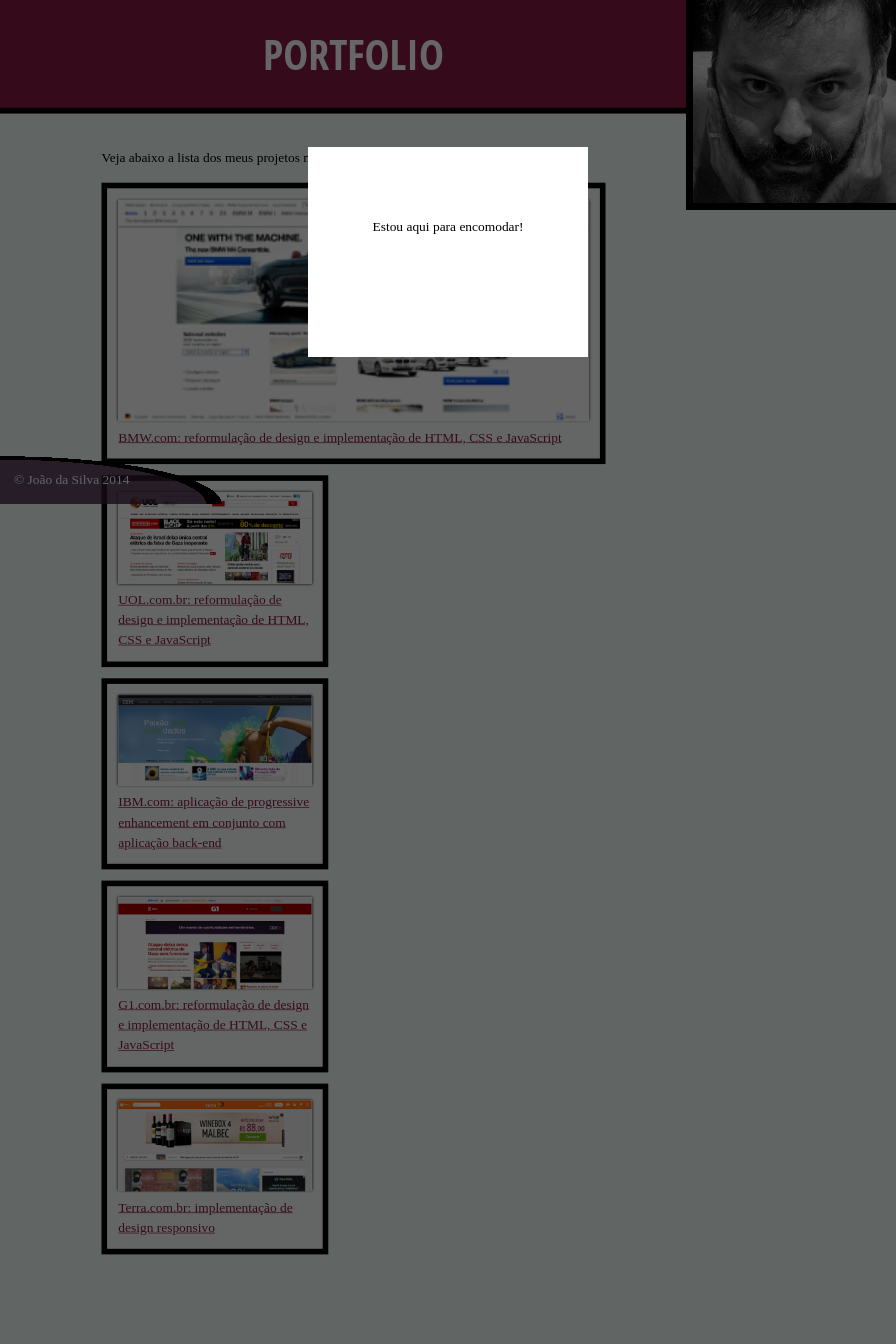
Repository: MichelMiola/html5Css3Avancado
Page: projeto/portfolio.html
The author's editor kept a copy of each file at every save. The page is drawn from the files as they stood at one save, then again after the next save.
The browser window is 1280 px wide. The pictures show the part of the page from y = 0 to 1920 px (the page is 2827 px tall before and 2317 px after), at 70% of full size.
Some web fonts or font styles are not loaded; a fallback is used.

Above is the page before, as saved 2015-03-25 17:01:40.

### projeto/portfolio.html
<!DOCTYPE html>
<html>
<head>
    <meta charset="utf-8">
    <title>Portfolio - João da Silva</title>
    <link rel="icon" href="imagens/favicon.png">
    <link rel="stylesheet" href="css/reset.css">
    <link rel="stylesheet" href="css/site.css">
    <link rel="stylesheet" href="css/portfolio.css">
    <link rel="stylesheet" href="http://fonts.googleapis.com/css?family=Crimson+Text:400,400italic,600">
    <link rel="stylesheet" href="http://fonts.googleapis.com/css?family=Open+Sans+Condensed:700">
</head>
<body>
	<div id="tela-fixa">Estou aqui para encomodar!</div>
    <main>
        <h1 class="titulo-principal">Portfolio</h1>
        <div class="container">
            <p>Veja abaixo a lista dos meus projetos mais relevantes</p>
            <ol class="portfolio">
                <li><a href="http://bmw.com">
                        <figure>
                            <img src="imagens/bmw.png" alt="Site da BMW">
                            <figcaption>BMW.com: reformulação de design e implementação de HTML, CSS e JavaScript</figcaption>
                        </figure>
                </a></li>
                <li><a href="http://uol.com.br">
                        <figure>
                            <img src="imagens/uol.png" alt="Front-page da UOL">
                            <figcaption>UOL.com.br: reformulação de design e implementação de HTML, CSS e JavaScript</figcaption>
                        </figure>
                </a></li>
                <li><a href="http://www.ibm.com.br">
                        <figure>
                            <img src="imagens/ibm.png" alt="Site da IBM">
                            <figcaption>IBM.com: aplicação de progressive enhancement em conjunto com aplicação back-end</figcaption>
                        </figure>
                </a></li>
                <li><a href="http://g1.com.br">
                        <figure>
                            <img src="imagens/g1.png" alt="Front-page do portal G1">
                            <figcaption>G1.com.br: reformulação de design e implementação de HTML, CSS e JavaScript</figcaption>
                        </figure>
                </a></li>
                 <li><a href="http://www.terra.com.br">
                        <figure>
                            <img src="imagens/terra.png" alt="Front-page do portal Terra">
                             <figcaption>Terra.com.br: implementação de design responsivo</figcaption>
                        </figure>
                </a></li>
            </ol>
        </div>
    </main>
    <img src="imagens/eu.jpg" alt="Minha foto" class="minha-foto">
    <aside class="navegacao-site">
        <h1>João da Silva</h1>
        <nav>
            <ul>
                <li><a href="index.html">Home</a></li>
                <li><a href="portfolio.html">Portfolio</a></li>
                <li><a href="bio.html">Sobre mim</a></li>
                <li><a href="blog.html">Blog</a></li>
                <li><a href="contato.html">Contato</a></li>
            </ul>
        </nav>
        <ul class="icones-redes-sociais">
            <li>
                <a href="https://github.com/joaodasilva" class="github">
                    Github
                </a>
            </li>
            <li>
                <a href="https://twitter.com/joaodasilva" class="twitter">
                    Twitter
                </a>
            </li>
            <li>
                <a href="https://br.linkedin.com/pub/joão-da-silva/32/4/508" class="linkedin">
                    LinkedIn
                </a>
            </li>
        </ul>
    </aside>
    <footer class="rodape-pagina">
        &copy; João da Silva 2014
    </footer>
</body>
</html>

### projeto/css/site.css
body {
	font-family: "Crimson Text", "Times New Roman", serif;
	background-color: #F2FFFC;
	font-size: 120%;
	line-height: 1.5;
	display: flex;
  	flex-wrap: wrap;
  	display: block;
}

h1, h2, .subtitulo-principal {
	font-family: "Open Sans Condensed", "Arial", sans-serif;
}

h1 {
	text-transform: uppercase;
	font-size: 60px;
}

.titulo-principal {
	text-align: center;
	background-color: #851944;
	color: #FFF;
	padding: 2rem;
	border-bottom: .5rem solid #000;
}

.subtitulo-texto {
	font-size: 30px;
	clear: both;
}

main a {
	color: #851944;
}

main p {
	text-align: justify;
	margin: 20px 0;
}

.navegacao-site {
	text-align: center;
	background-color: #3C1D3D;
	color: #F2FFFC;
	padding: 20px;
	padding-top: calc(300px + 1em);
}

.navegacao-site a {
	color: inherit;
	font-family: "Open Sans Condensed", "Arial", sans-serif;
	text-transform: lowercase;
}

.navegacao-site h1 {
	font-size: 30px;
	margin-bottom: 25px;
}

.rodape-pagina {
	/* background-color: #000; */
	color: #F2FFFC;
	padding: 20px;
	clear: both;
	position: fixed;
	bottom: 0;
	left: 0;
	width: 100%;
	box-sizing: border-box;
	/* background-color: rgba(0, 0, 0, 0.3); */
	background-image: radial-gradient(ellipse at left bottom, rgba(60, 29, 61, 0.8),
		rgba(60, 29, 61, 0.8) 65%, black 65%, black 70%, transparent 70%,
		transparent);
	background-size: 25% 100%;
	background-repeat: no-repeat;
}

.container {
	width: 720px;
	margin-left: auto;
	margin-right: auto;
	padding: 30px 0;
}

strong {
	font-weight: bold;
}

em {
	font-style: italic;
}

.icones-redes-sociais li {
	display: inline-block;
}

.icones-redes-sociais a {
	width: 40px;
	height: 40px;
	display: block;
	text-indent: -99999px;
}

.github {
	background-image: url(../imagens/github.png);
}

.twitter {
	background-image: url(../imagens/twitter.png);
}

.linkedin {
	background-image: url(../imagens/linkedin.png);
}

main {
	/* width: 80%; */
	/* float: left; */
	padding-bottom: 80px;
	width: calc(100% - 0.9 * 300px);
	flex-grow: 1;
}

.minha-foto, .navegacao-site {
	border-left: 10px solid black;
	border-bottom: 10px solid black;
	box-sizing: border-box;
}

.navegacao-site {
	width: 20%;
	float: right;
	position: relative;
	top: 300px;
	width: calc(0.9 * 300px);
}

.minha-foto {
	position: absolute;
	top: 0;
	right: 0;
	height: 300px;
}

.leia-mais {
	padding: .5em;
	margin: 1em;
	display: block;
	font-size: 1.25em;
	text-align: center;
	background-color: #E6E7E8;
}

.citacao-bio {
	background-color: #D9E5E3;
	border: .5em solid #C2CCCA;
	padding: 1em;
	margin: 1em 2em;
	width: 30ch;
	box-sizing: border-box;
}

main a:hover,
main a:focus,
footer a:hover,
footer a:focus {
  color: red;
}

.navegacao-site a:hover,
.navegacao-site a:focus {
  text-shadow: 0 0 2px pink;
}

.icones-redes-sociais a:hover::after,
.icones-redes-sociais a:focus::after {
  content: attr(data-tooltip);
}

.icones-redes-sociais a {
  position: relative;
}
.icones-redes-sociais a:hover::after,
.icones-redes-sociais a:focus::after {
  content: attr(data-tooltip);
  position: absolute;
  top: 100%;
  right: 0;
  text-indent: 0;
}

.icones-redes-sociais a {
  position: relative;
}
.icones-redes-sociais a:hover::after,
.icones-redes-sociais a:focus::after {
  content: attr(data-tooltip);
  position: absolute;
  top: 100%;
  right: 0;
  text-indent: 0;
  width: 300%;
}

.icones-redes-sociais a {
  position: relative;
}

.icones-redes-sociais a:hover::before,
.icones-redes-sociais a:focus::before {
  content: '';
}

.icones-redes-sociais a:hover::before,
.icones-redes-sociais a:focus::before {
  content: '';
  width: 1em;
  height: 1em;
  background-color: black;
}

.icones-redes-sociais a:hover::before,
.icones-redes-sociais a:focus::before {
  content: '';
  width: 1em;
  height: 1em;
  background-color: black;
  position: absolute;
  bottom: 0;
  left: 0;
}

.icones-redes-sociais a:hover::before,
.icones-redes-sociais a:focus::before {
    content: '';
    width: 1em;
    height: 1em;
    background-color: black;
    position: absolute;
    bottom: 0;
    left: 0;
    transform: translateY(.5em) rotate(45deg);
}

.icones-redes-sociais a:hover::after,
.icones-redes-sociais a:focus::after {
  content: attr(data-tooltip);
  position: absolute;
  top: 100%;
  right: 0;
  text-indent: 0;
  width: 300%;
  background: black;
  font-size: .75em;
}

### projeto/css/portfolio.css
.portfolio li {
	/* display: inline-block; */
	border: 8px solid black;
	background-color: #FAFFFC;
	width: 45%;
	box-sizing: border-box;
	padding: 16px;
	margin-right: 16px;
	margin-bottom: 16px;
}

.portfolio img {
	width: 100%;
	box-shadow: 0 0 4px #000;
}

#tela-fixa {
	position: fixed;
	top: 50%;
	left: 50%;
	transform: translate(-50%, -50%);
	width: 400px;
	height: 200px;
	background-color: #FFF;
	box-shadow: 0 0 0 9999px rgba(0, 0, 0, .6);
	z-index: 9999;
	text-align: center;
	padding-top: 100px;
}

.portfolio li:first-child {
  width: 100%;
}

Loaded but not shown: projeto/css/reset.css (common file)

After the next save:
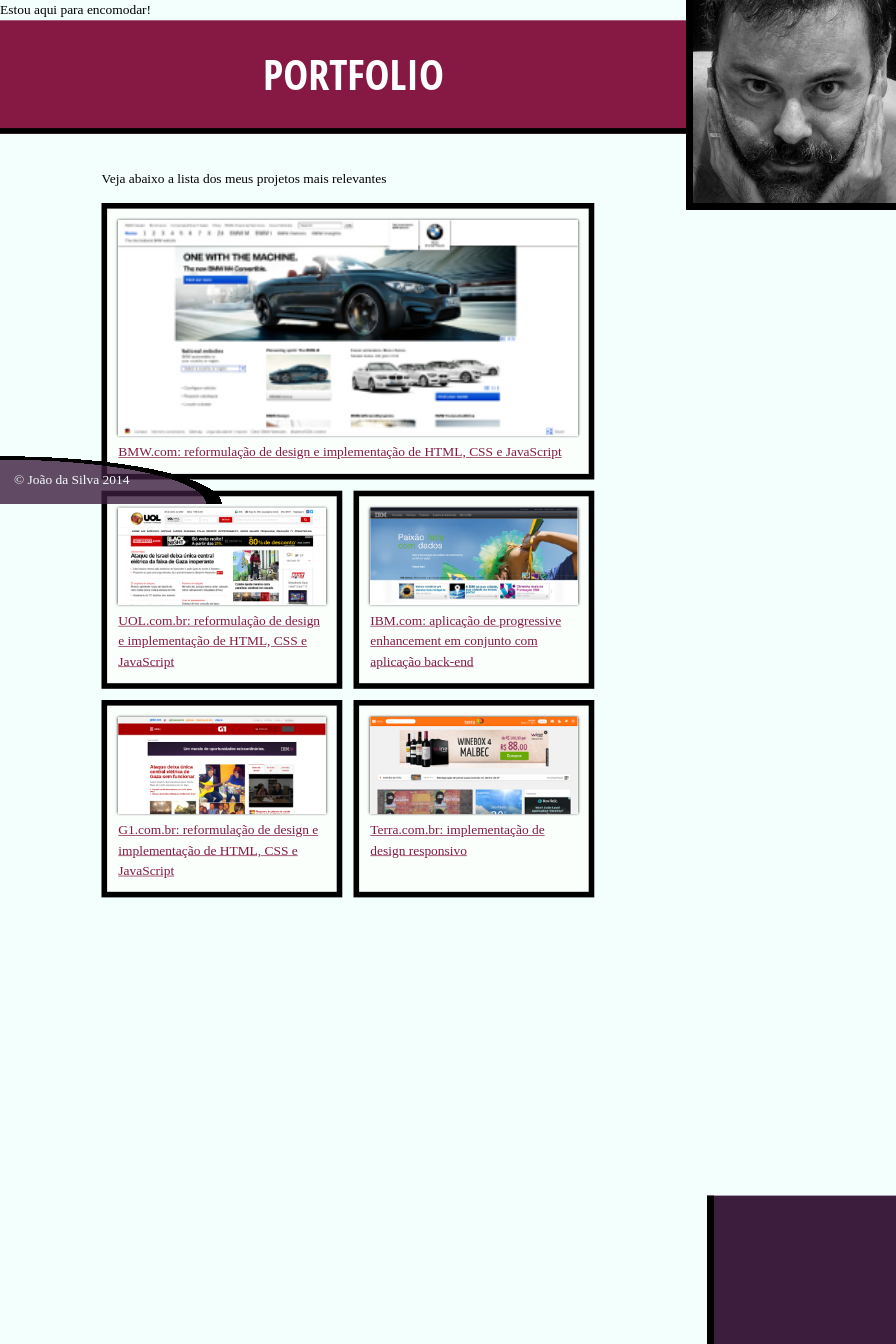
Saved 15 s later.
--- a/projeto/css/portfolio.css
+++ b/projeto/css/portfolio.css
@@ -14,7 +14,7 @@
 	box-shadow: 0 0 4px #000;
 }
 
-#tela-fixa {
+/* #tela-fixa {
 	position: fixed;
 	top: 50%;
 	left: 50%;
@@ -26,8 +26,22 @@
 	z-index: 9999;
 	text-align: center;
 	padding-top: 100px;
-}
+} */
 
 .portfolio li:first-child {
   width: 100%;
 }
+
+.portfolio {
+  display: flex;
+  flex-wrap: wrap;
+}
+
+.portfolio li {
+  /* não precisamos mais do display: inline-block aqui */
+  flex: 1 1 45%;
+}
+
+.portfolio li:first-child {
+  flex-basis: 100%;
+}
